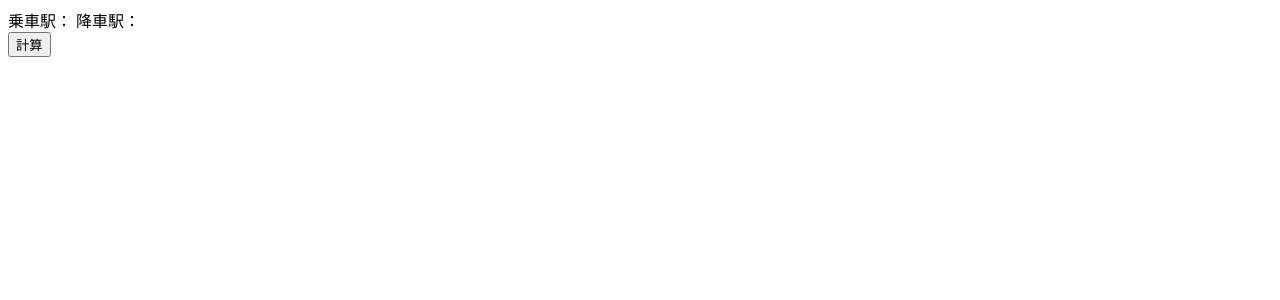
Repository: aiueo20/18ca0155
Page: http://localhost/kadai0603/ryoukin.jsp
An editor plug-in stored every save of this project. The page is shown before and after the next save, followed by the edit.
The browser window is 1280 px wide. The pictures show the whole page.
The page is served by Tomcat 9.

Above is the page before, as saved 2019-01-21 02:36:06.

After the next save:
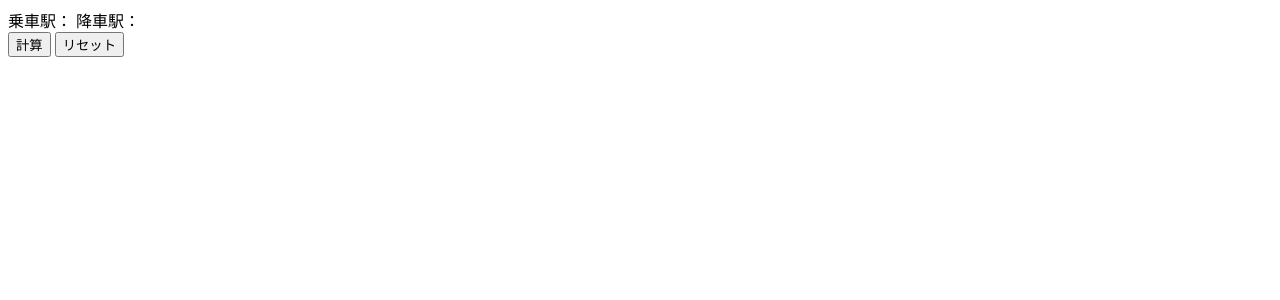
Saved 33 s later.
--- a/SSP/kadai0603/WebContent/ryoukin.jsp
+++ b/SSP/kadai0603/WebContent/ryoukin.jsp
@@ -12,7 +12,7 @@
 降車駅：
 <br>
 <input type="submit" value="計算">
-
+<input type="reset" value="リセット" onclick="location.reload()">
 
 </body>
 </html>
